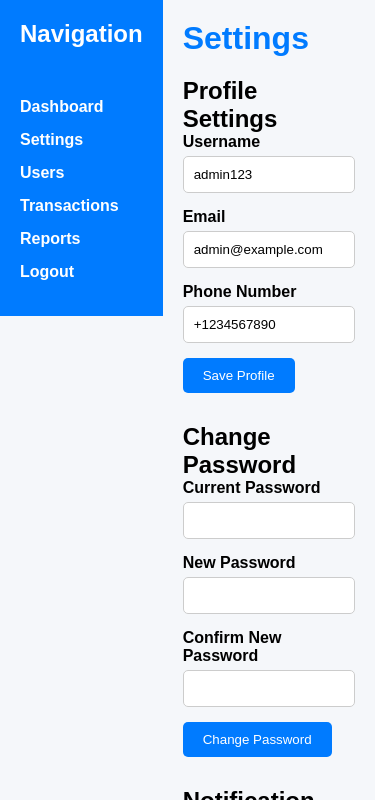
Repository: 2025silverx/slivedrX
Page: setting.html
These files come from the project's save history. The page is drawn as it stood at one moment and after the next save; the edit follows.
The browser window is 375 px wide. The pictures show the whole page.
An inner scrolling area shows only its first screen.

Above is the page before, as saved 2025-01-05 00:20:14.

After the next save:
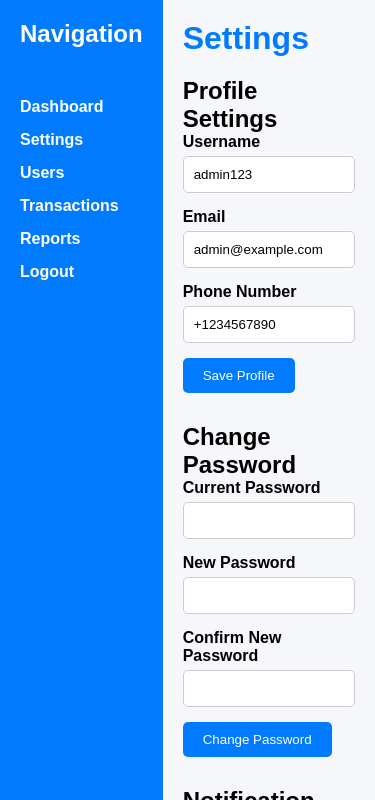
Saved 13 s later.
--- a/settings.css
+++ b/settings.css
@@ -23,6 +23,7 @@ body {
     flex-direction: column;
     position: sticky;
     top: 0;
+    height: 100vh;
 }
 
 .sidebar h2 {
@@ -47,27 +48,6 @@ body {
 
 .sidebar-links a:hover {
     color: #f0f0f0;
-}
-
-/* Header / Top Navigation Bar styles */
-.header {
-    width: 100%;
-    background-color: #007bff;
-    color: white;
-    padding: 15px 30px;
-    display: flex;
-    justify-content: space-between;
-    align-items: center;
-}
-
-.header-left h2 {
-    margin: 0;
-}
-
-.header-right .search-bar {
-    padding: 8px;
-    font-size: 14px;
-    border-radius: 5px;
 }
 
 /* Main content area */
@@ -127,10 +107,6 @@ h1 {
         margin-left: 200px;
         padding: 20px;
     }
-
-    .header-right .search-bar {
-        width: 200px;
-    }
 }
 
 @media (max-width: 480px) {
@@ -142,8 +118,4 @@ h1 {
     .main-content {
         margin-left: 0;
     }
-
-    .header-right .search-bar {
-        width: 150px;
-    }
 }
